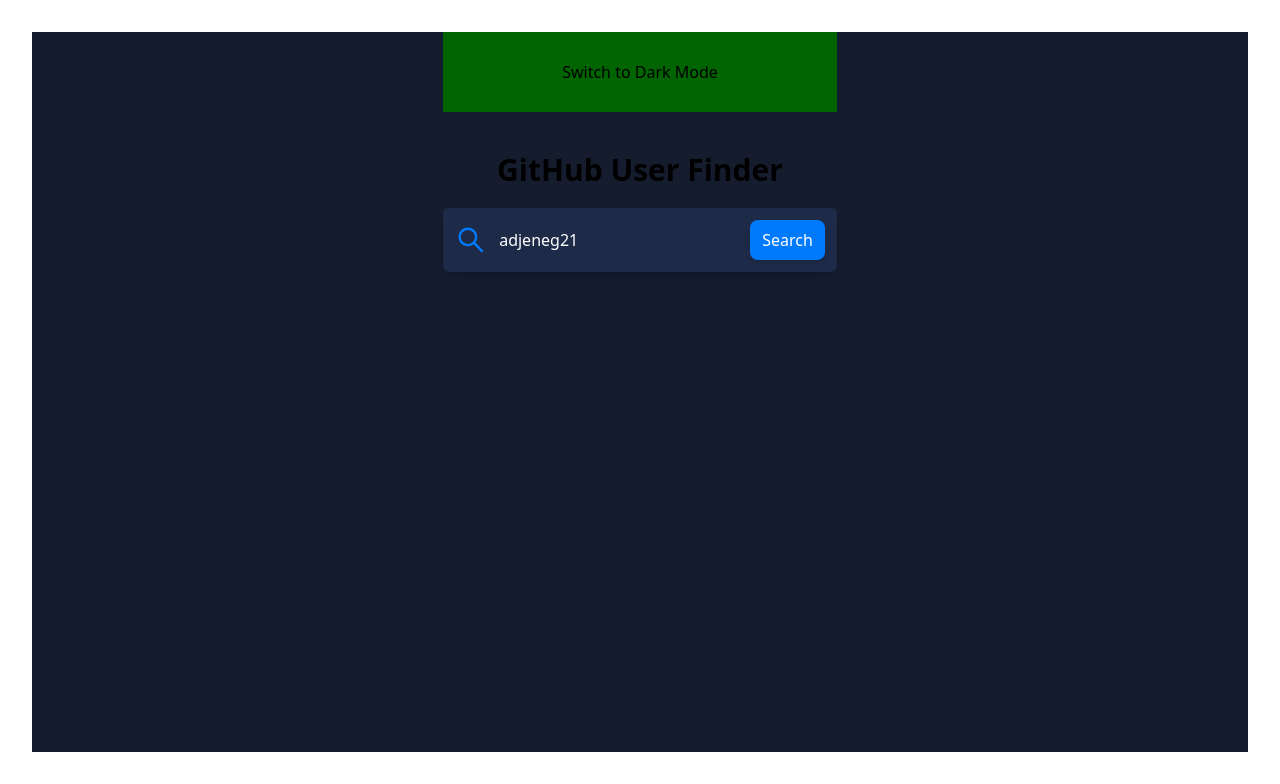
Repository: Gabriel221-dev/Git-Project
Page: /
The author's editor kept a copy of each file at every save. The page is drawn from the files as they stood at one save, then again after the next save.
The browser window is 1280 px wide. The pictures show the whole page.
The page's requests for data from a server got no answer. The project was rebuilt for these pictures with package versions that can differ from the ones it lists, and the page was loaded fresh each time. No one was signed in, and anything a server would have sent is missing. Also part of the build but not shown: vite.config.js, src/components/Preview/Preview.jsx.

Above is the page before, as saved 2024-06-28 11:56:28.

After the next save:
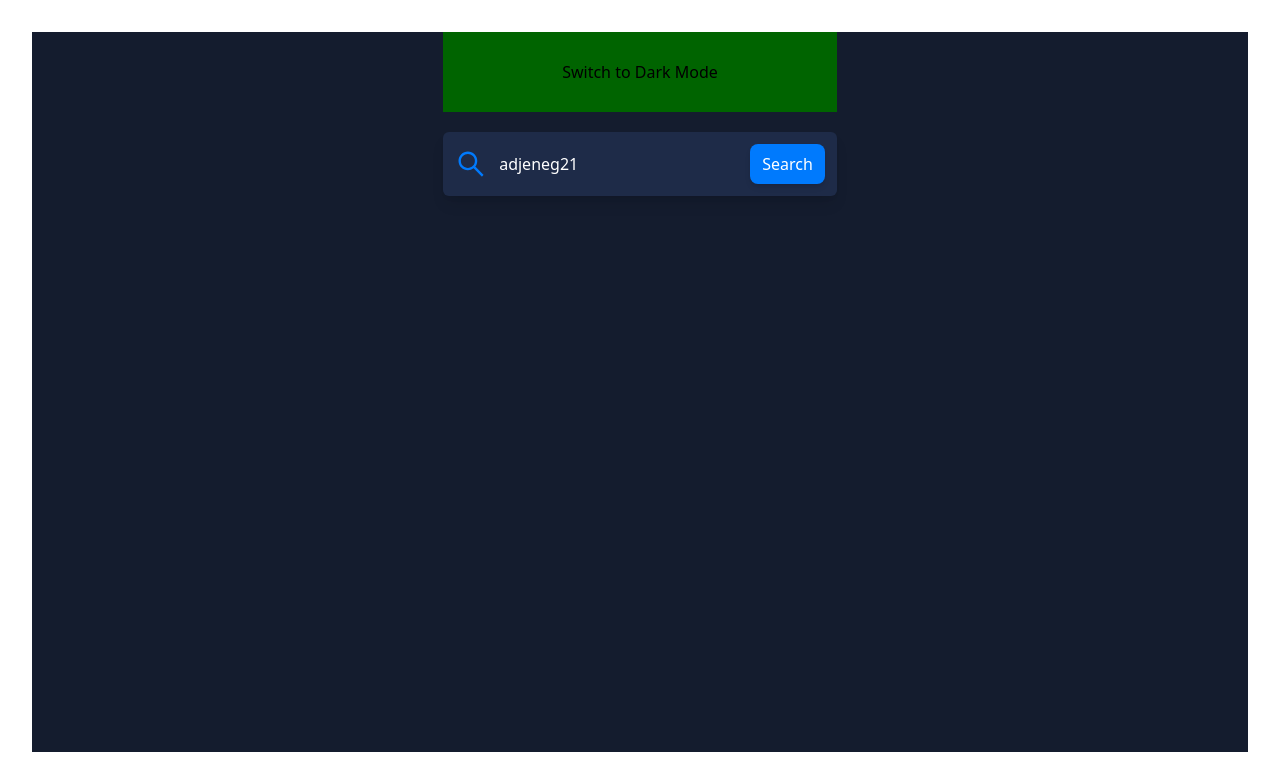
Saved 27 s later.
--- a/src/App.jsx
+++ b/src/App.jsx
@@ -76,7 +76,6 @@
             Switch to {isDarkMode ? "Light" : "Dark"} Mode
           </button>
         </div>
-        <h1 className="text-3xl font-bold mt-5">GitHub User Finder</h1>
         <Search setData={setData} setIsLoading={setIsLoading} />
         {data && (
           <Preview
